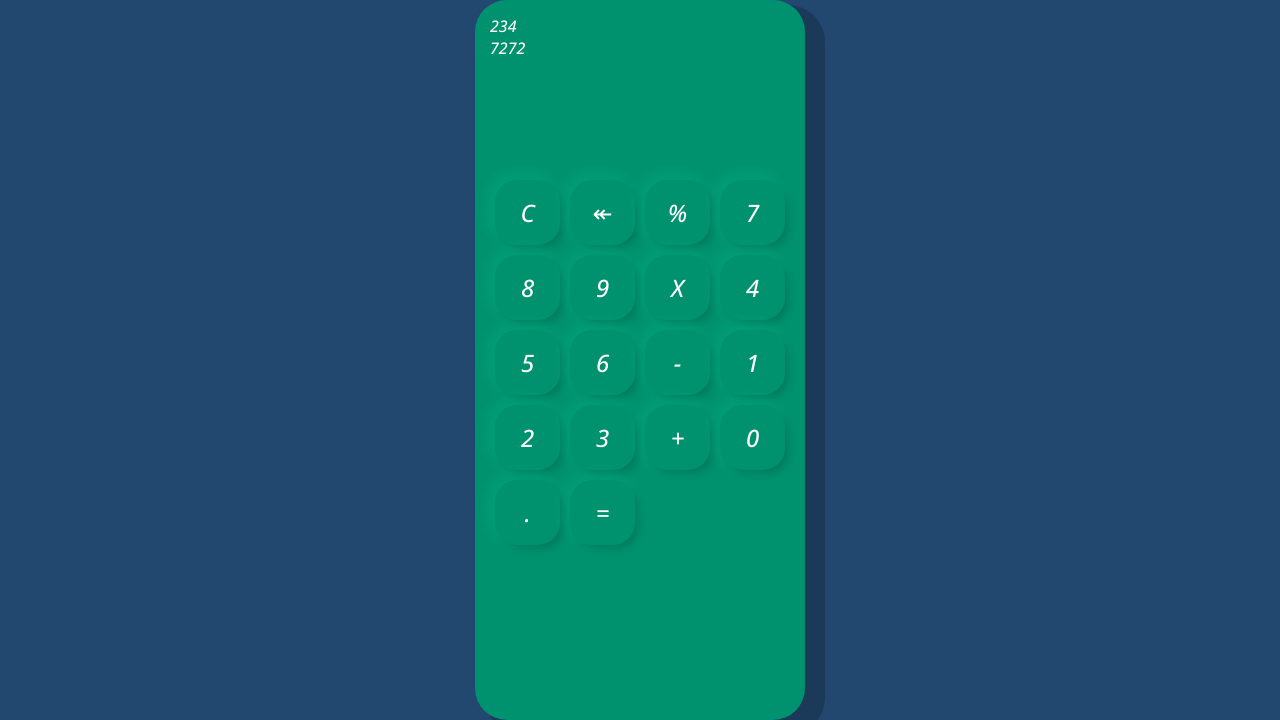
Repository: jhonenmanuel1/javaScript-calculator
Page: src/index.html
An editor plug-in stored every save of this project. The page is shown before and after the next save, followed by the edit.
The browser window is 1280 px wide. The pictures show the whole page.

Above is the page before, as saved 2022-08-02 23:36:18.

### src/index.html
<!DOCTYPE html>
<html lang="en">
  <head>
    <meta charset="UTF-8" />
    <meta http-equiv="X-UA-Compatible" content="IE=edge" />
    <meta name="viewport" content="width=device-width, initial-scale=1.0" />
    <title>JavaScript Calculator</title>
    <link href="https://fonts.googleapis.com/css2?family=Open+Sans:ital,wght@1,500&display=swap" rel="stylesheet">
    <link href="styles.css" rel="stylesheet"/>
  </head>
  <body>
    <div class="container">
      <div class="calculator">
        <div class="display">
          <div id="last-value">234</div>
          <div id="actual-value">7272</div>
        </div>
        <button class="col-2"> C</button>
        <button>&Larr;</button>
        <button class="number">%</button>
        <button class="number">7</button>
        <button class="number">8</button>
        <button class="number">9</button>
        <button class="operator" >X</button>
        <button class="number">4</button>
        <button class="number">5</button>
        <button class="number">6</button>
        <button class="operator">-</button>
        <button class="number">1</button>
        <button class="number">2</button>
        <button class="number">3</button>
        <button class="operator">+</button>
        <button class=" col-2 number">0</button>
        <button class="number">.</button>
        <button class="operator">=</button>
      </div>
    </div>
  </body>
</html>

### src/styles.css
* {
    font-family: 'Open Sans', sans-serif;
    color: #fff;
}
body{
    margin: 0;
    background-color: #224870;
}
.container{
    display: flex;
    justify-content: center;
    height: 100vh;

}
.calculator{
    display: grid;
    grid-template-columns: repeat(4, 75px);
    grid-template-rows: 160px repeat(5, 75px);
    background-color: #00916e;
    padding: 15px;
    border-radius: 32px;
    box-shadow: 15px  10px 0px 5px #00000033;

}
button{
    cursor: pointer;
    margin: 5px;
    padding: 0;
    border-radius: 22px;
    font-size: 1.5em;
    background-color: #00916e ;
    border: none;
    box-shadow: 5px 5px 10px -3px  #00000033, -5px -5px 15px 3px #00ffc11f ;

}
button:active{
    background-color: #006f54;
}
.display{
    grid-column: 1 / -1 ;
}

After the next save:
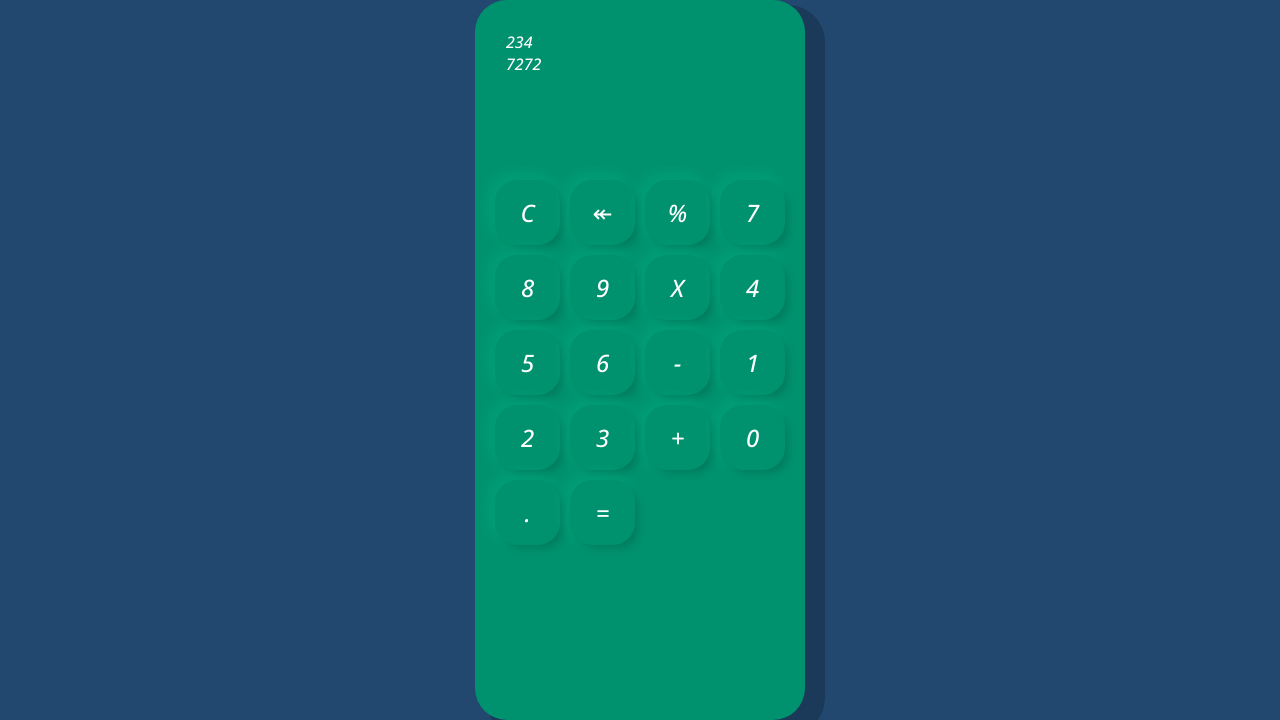
Saved 30 s later.
--- a/src/styles.css
+++ b/src/styles.css
@@ -38,4 +38,5 @@ button:active{
 }
 .display{
     grid-column: 1 / -1 ;
+    padding: 16px;
 }
